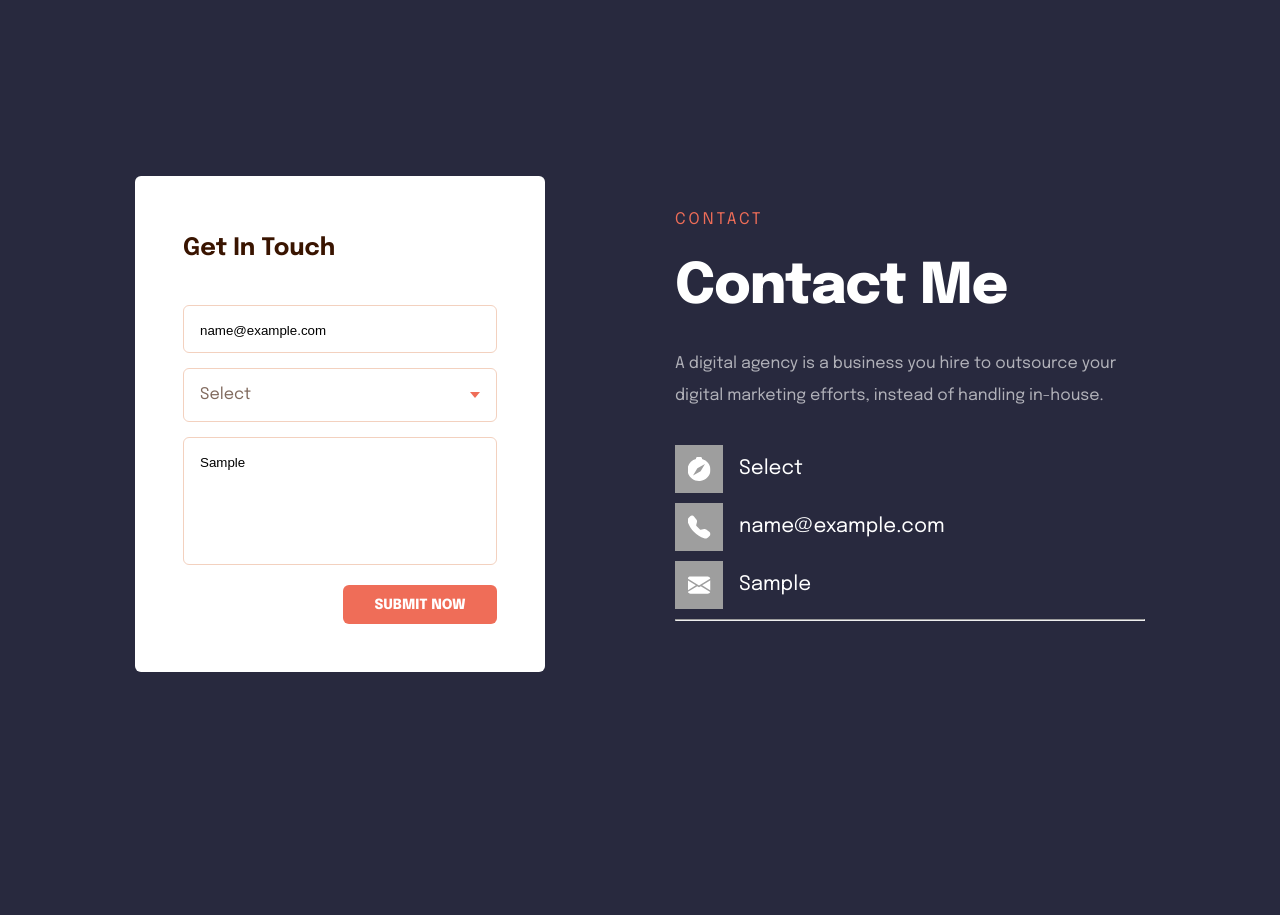
Repository: NatiqSamiyev/form-task-2
Page: index.html
An editor plug-in stored every save of this project. The page is shown before and after the next save, followed by the edit.
The browser window is 1280 px wide. The pictures show the whole page.
Empty fields were first filled with sample values (such as "Sample", 5 or name@example.com).
After loading, the first visible `form` was submitted once.
Pictures or frames that could not be fetched are drawn as grey boxes. Some web fonts or font styles are not loaded; a fallback is used.

Above is the page before, as saved 2023-10-30 12:04:52.

After the next save:
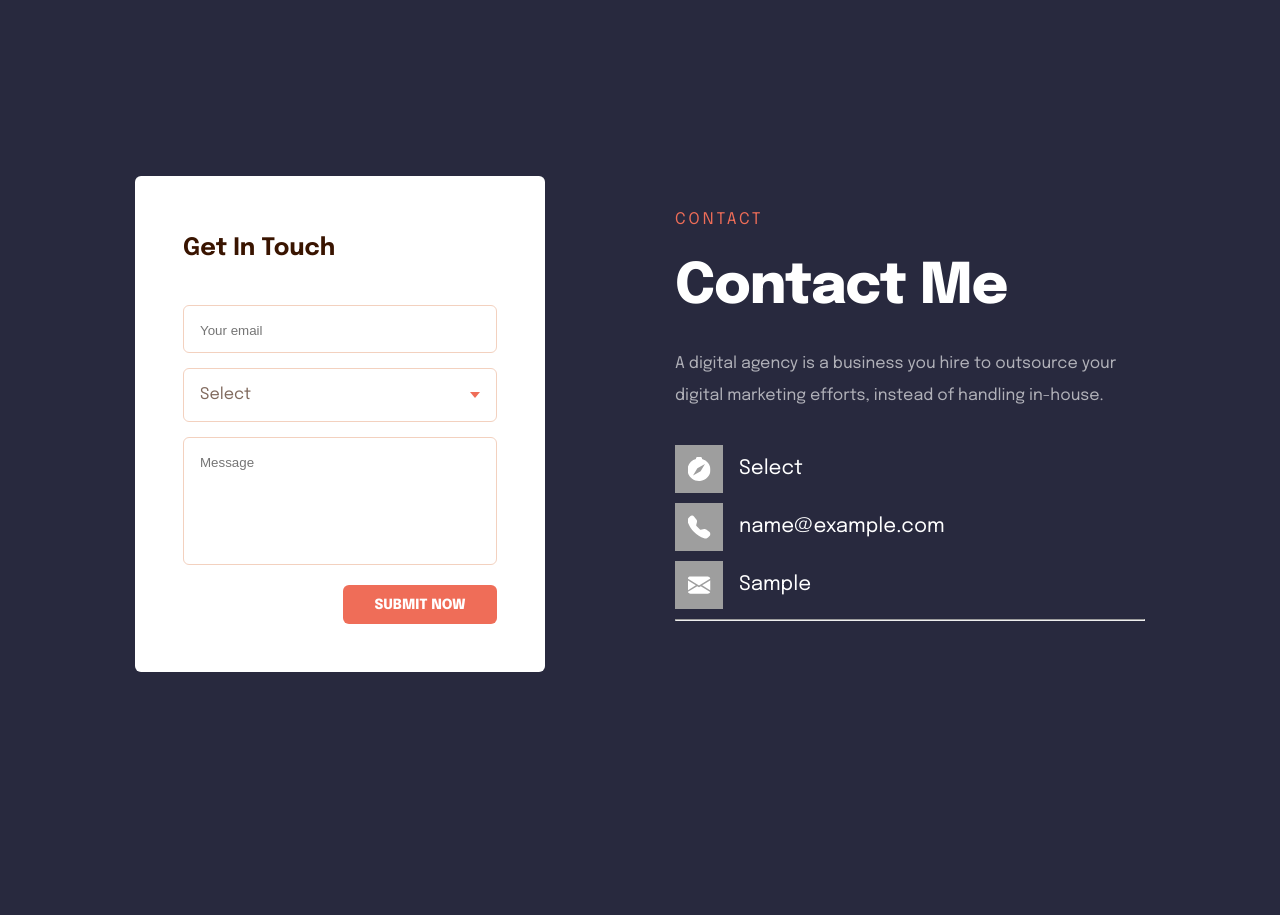
Saved 50 s later.
--- a/index.js
+++ b/index.js
@@ -43,7 +43,7 @@ function submitForm(a) {
 </li>
   <hr/>
   `
-
+form.reset()
 }
 
 // select action
